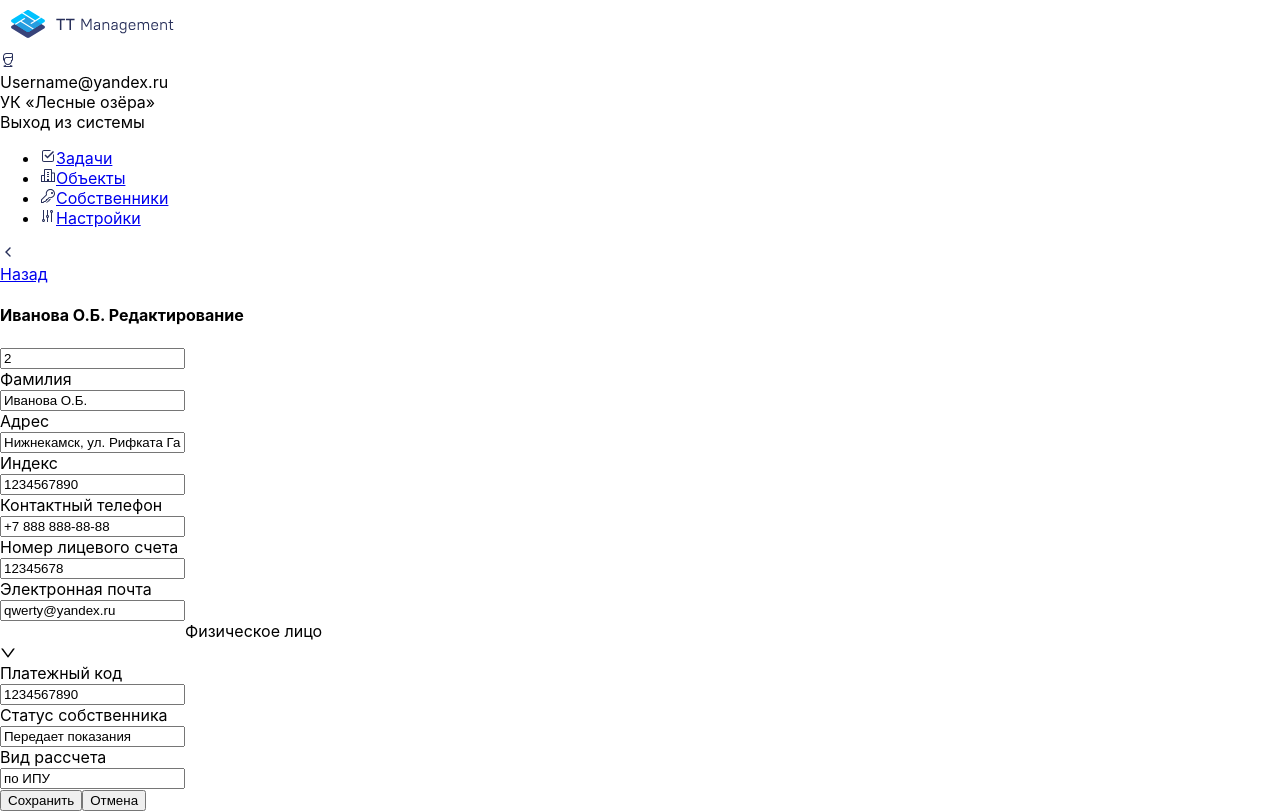
Repository: TryBr/tt-management
Page: /owners/1/edit
The author's editor kept a copy of each file at every save. The page is drawn from the files as they stood at one save, then again after the next save.
The browser window is 1280 px wide. The pictures show the whole page.
The project was rebuilt for these pictures with package versions that can differ from the ones it lists, and the page was loaded fresh each time. Also part of the build but not shown: src/App.css, src/TaskDetail.js, src/Owners.js, src/OwnerDetail.js.

Above is the page before, as saved 2020-07-21 14:12:47.

After the next save:
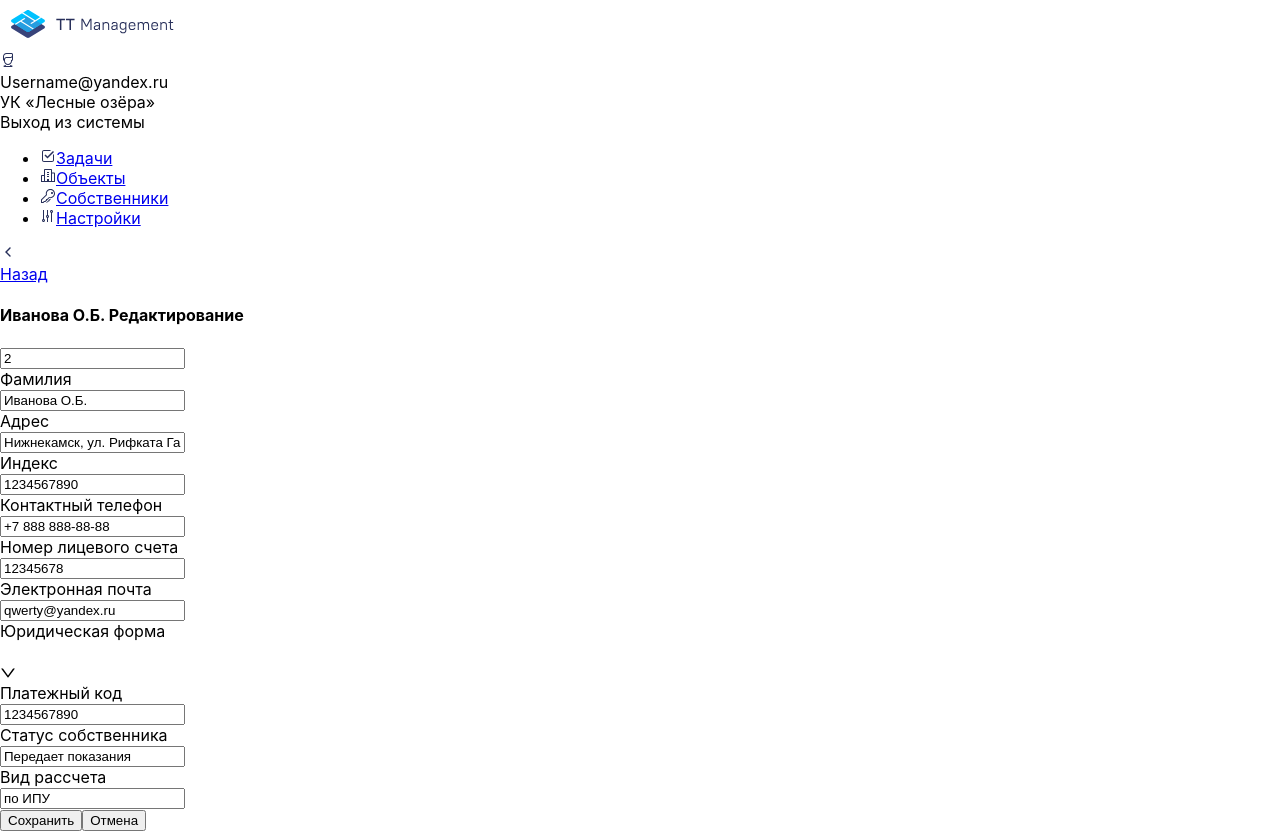
Saved 64 s later.
--- a/src/OwnerEdit.js
+++ b/src/OwnerEdit.js
@@ -65,13 +65,12 @@ const OwnerEdit = ({ owner, onOwnEdit }) => {
                             <Form.Item label="Электронная почта" name="email" initialValue={owner[id].email}>
                                 <Input />
                             </Form.Item>
-                            {/* <Form.Item label="Юридическая форма" name="legalForm" initialValue={owner[id].legalForm}>
-                                <Input />
-                            </Form.Item> */}
-                            <Select name="legalForm" defaultValue={owner[id].legalForm}>
-                                <Option value="physic">Физическое лицо</Option>
-                                <Option value="legal">Юридическое лицо</Option>
-                            </Select>
+                            <Form.Item label="Юридическая форма" name="legalForm" defaultValue={owner[id].legalForm}>
+                                <Select>
+                                    <Option value="physic">Физическое лицо</Option>
+                                    <Option value="legal">Юридическое лицо</Option>
+                                </Select>
+                            </Form.Item>
                             <Form.Item label="Платежный код" name="payCode" initialValue={owner[id].payCode}>
                                 <Input />
                             </Form.Item>
